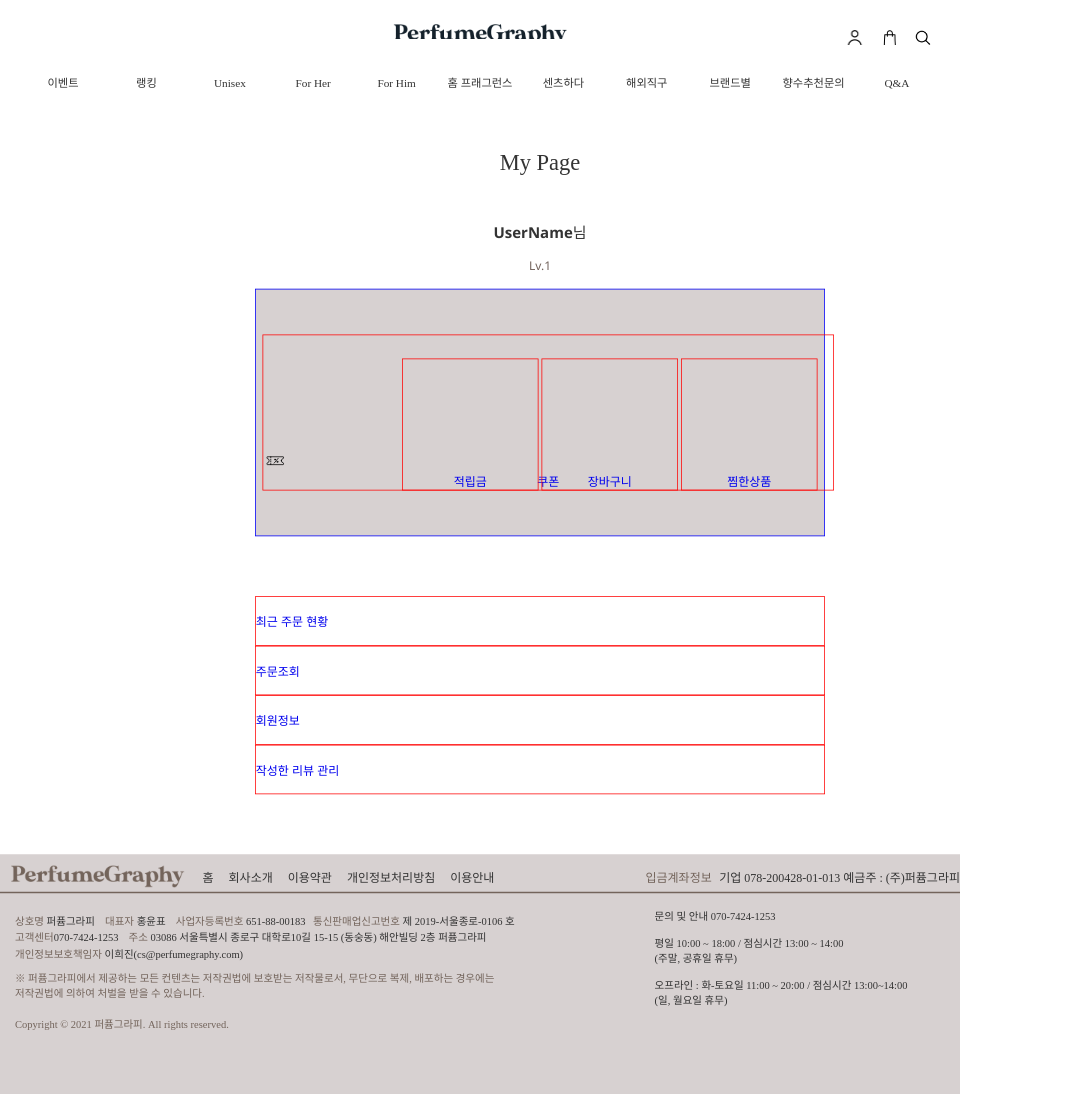
Repository: mingdue03/perfumegraphy
Page: myPage.html
An editor plug-in stored every save of this project. The page is shown before and after a run of saves, followed by the edit.
The browser window is 1280 px wide. The page is 1440 px wide, so the pictures cover 1440 px, including what lies to the right of the window. The pictures show the whole page, at 75% of full size.

Above is the page before, as saved 2021-08-27 14:46:52.

### myPage.html
<!DOCTYPE html>
<html lang="ko">
<head>
    <meta charset="UTF-8">
    <meta http-equiv="X-UA-Compatible" content="IE=edge">
    <meta name="viewport" content="width=device-width, initial-scale=1.0">
    <title>PerfumeGraphy</title>
    <link rel="stylesheet" href="css/basic.css">
    <link rel="stylesheet" href="css/mypage.css">
    <link href="https://fonts.googleapis.com/css2?family=Noto+Serif+KR&display=swap" rel="stylesheet">
    <script src="js/jquery-1.12.4.min.js"></script>
    <script src="js/jquery.slides.min.js"></script>
    <script src="js/jquery.stellar.js"></script>
    <script src="js/main_1.js"></script>
</head>
<body>
<div id="body_wrap">
    <header>
    <div id="header_wrap">
        <div class="header_top">
            <div class="logo">
                <h1><a href="index.html">PerfumeGraphy</a></h1>
            </div>
            <ul class="top_menu">
                <li class="user"><a href="login.html">마이페이지</a></li>
                <li class="cart"><a href="mypage.html">장바구니</a></li>
                <li class="search"><a href="#">검색</a></li>
                <li class="ham_btn"><a href="#">button</a></li>
            </ul>
        </div>
        <div class="search_pop">
            <div class="search_bg">
                <span></span>
                <ul>
                    <li><a href="#">#금주의 향수</a></li>
                    <li><a href="#">#럭셔리집들이선물</a></li>
                    <li><a href="#">#비누향수</a></li>
                </ul>
            </div>
        </div>
        <div class="header_b" >
            <ul class="gnb">
                <li>
                    <a href="#">이벤트</a>
                </li>
                <li class="hasSub">
                    <a href="lank.html">랭킹</a>
                    <ul class="sub_menu">
                        <li><a href="lank.html">전체 랭킹 </a></li>
                        <li><a href="lank.html">Unisex 랭킹</a></li>
                        <li><a href="lank.html">For her 랭킹</a></li>
                        <li><a href="lank.html">For him 랭킹</a></li>
                    </ul>
                </li>
                <li class="hasSub">
                    <a href="#">Unisex</a>
                    <ul class="sub_menu">
                        <li><a href="#">ALL</a></li>
                        <li><a href="#"> 시트러스 | 그린</a></li>
                        <li><a href="#">우디 | 베티버</a></li>
                        <li><a href="#">샌달우드 | 머스크</a></li>
                        <li><a href="#">스파이시 | 통카빈</a></li>
                    </ul>
                </li>
                <li class="hasSub">
                    <a href="#">For Her</a>
                    <ul class="sub_menu">
                        <li><a href="#">ALL</a></li>
                        <li><a href="#">시트러스 | 그린</a></li>
                        <li><a href="#">플로럴 | 화이트플로럴</a></li>
                        <li><a href="#">머스크 | 앰버</a></li>
                        <li><a href="#">스위트 | 바닐라</a></li>
                    </ul>
                </li>
                <li class="hasSub">
                    <a href="#">For Him</a>
                    <ul class="sub_menu">
                        <li><a href="#">ALL</a></li>
                        <li><a href="#">시트러스 | 그린</a></li>
                        <li><a href="#">우디 | 베티버</a></li>
                        <li><a href="#">웜스파이시 | 통카빈</a></li>
                        <li><a href="#">머스크 | 앰버</a></li>
                        <li><a href="#">라벤더 | 워터리</a></li>
                    </ul>
                </li>
                <li class="hasSub">
                    <a href="#">홈 프래그런스</a>
                    <ul class="sub_menu">
                        <li><a href="#">디퓨저 & 캔들</a></li>
                        <li><a href="#">바디 & 솝</a></li>
                    </ul>
                </li>
                <li><a href="#">센츠하다</a></li>
                <li>
                    <a href="#">해외직구</a>
                </li>
                <li><a href="#">브랜드별</a></li>
                <li><a href="#">향수추천문의</a></li>
                <li><a href="#">Q&A</a></li>
            </ul>
        </div>
        <div class="gnb_dim"></div>
    </div>
    </header>
    <!------------------------login-------------------------------->
    <main id="mypage">
        <div class="mypage_wrap">
            <h2>My Page</h2>
            <section class="name">
                <div>
                    <p><span>UserName</span>님</p>
                    <p class="level">Lv.1</p>
                </div>
            </section>
            <section class="coupon">
                <div class="coupon_wrap">
                    <ul>
                        <li><a href="#" class="coupon">쿠폰</a></li>
                        <li><a href="#" class="coin">적립금</a></li>
                        <li><a href="#" class="cart">장바구니</a></li>
                        <li><a href="#" class="heart">찜한상품</a></li>
                    </ul>
                </div>
            </section>
            <section class="order">
                <div class="oder_wrap">
                    <ul>
                        <li class="recent"><a href="#">최근 주문 현황</a></li>
                        <li><a href="#">주문조회</a></li>
                        <li><a href="#">회원정보</a></li>
                        <li><a href="#">작성한 리뷰 관리</a></li>
                    </ul>

                </div>
            </section>

        </div>
    </main>
    <footer>
        <div id="footer_in">
            <div class="footer_top">
                <h2>PerfumeGraphy</h2>
                <ul class="m_hidden">
                    <li><a href="javasctipt:;">홈</a></li>
                    <li><a href="javasctipt">회사소개</a></li>
                    <li><a href="javasctipt">이용약관</a></li>
                    <li><a href="javasctipt">개인정보처리방침</a></li>
                    <li><a href="javasctipt">이용안내</a></li>
                </ul>
                <p><span>입금계좌정보</span> 기업 078-200428-01-013 예금주 : (주)퍼퓸그라피</p>
            </div>
        </div>
        <div class="footer_bottom">
            <section class="left">
                <ul class="pc_hidden">
                    <li><a href="javasctipt:;">홈</a></li>
                    <li><a href="javasctipt">회사소개</a></li>
                    <li><a href="javasctipt">이용약관</a></li>
                    <li><a href="javasctipt">개인정보처리방침</a></li>
                    <li><a href="javasctipt">이용안내</a></li>
                </ul>
                <p class="margin">
                    <p><span>상호명</span>  퍼퓸그라피</p> <p><span>대표자</span> 홍윤표</p>	 <p><span>사업자등록번호</span> 651-88-00183</p><p> <span >통신판매업신고번호</span>  제 2019-서울종로-0106 호<br></p>
                </p>
                <p class="pc_hidden">
                    <span>고객센터</span>070-7424-1253
                </p>
                <p>
                    <span> 주소</span> 03086 서울특별시 종로구 대학로10길 15-15 (동숭동) 해안빌딩 2층 퍼퓸그라피
                </p>
                <p ><span>개인정보보호책임자</span> 	 이희진(cs@perfumegraphy.com) </p>
                <p class="margin"><span class="m_hidden"> ※ 퍼퓸그라피에서 제공하는 모든 컨텐츠는 저작권법에 보호받는 저작물로서, 무단으로 복제, 배포하는 경우에는<br><span></span> 저작권법에 의하여
                처벌을 받을 수 있습니다.</span></p>
                <p class="margin"><span class="m_hidden"> Copyright © 2021 퍼퓸그라피. All rights reserved.</span></p>
            </section>
            <section class="right m_hidden">
                <p>문의 및 안내   070-7424-1253<br>
                    <br>
                    평일 10:00 ~ 18:00 / 점심시간 13:00 ~ 14:00<br>
                    (주말, 공휴일 휴무)<br>
                    <br>
                    오프라인 : 화-토요일 11:00 ~ 20:00 / 점심시간 13:00~14:00<br>
                     (일, 월요일 휴무)</p>
            </section>
        </div>
    </footer>
</div>
</body>
</html>

### css/mypage.css
@charset "UTF-8";

main#mypage{font-family:'NanumGothic','Segoe UI', Roboto, Oxygen, sans-serif ;background: #fff; color:#333; font-size:16px; }

#mypage{}
.mypage_wrap{
  width:1440px;
  margin:60px auto;
  text-align:center;
}
.mypage_wrap h2{
  font-size:30px;
  margin:60px 0;
  font-weight: normal;
  font-family: 'Noto Serif KR', serif;
}
.name {
  margin:20px 0;
}
.name p{
  font-size: 20px;
  margin:20px 0;
}
.name p span{
  font-weight: bold;
}
.name p.level{
  font-size:16px;
  color:#73645D;
}

.coupon{
  width:760px;
  margin:auto;
}
.coupon_wrap{
  width:100%;
  height:auto;
  background:#D7D1D1;
}
.coupon_wrap ul{
  border:1px solid blue;
  padding:60px 0;
}
.coupon_wrap li{
  display: inline-block;
  width:24%;
}
.coupon_wrap a{
  position:relative;
  display: block;
  border:1px solid red;
  padding-top:150px;
}
.coupon_wrap a.coupon:before{
  display:block;
  content:'';
  width:32px; height:32px;
  background:url('../img/icon/coupon_icon.svg') no-repeat;
}

.coupon_wrap a.coin:before{}

.coupon_wrap a.cart:before{}

.coupon_wrap a.heart:before{}

.order{}
.oder_wrap{
  width:760px;
  margin:80px auto;

}

.oder_wrap ul{}
.oder_wrap li{
  display:block;
  border-bottom:1px solid #999;
  text-align: left;
  border:1px solid red;
  padding: 20px 0;
}
.recent{

}
.oder_wrap a{}














@media (max-width:1440px){
  .login_wrap{
    width:100%;
  }
}

@media (max-width:450px){
  .login_wrap{
    max-width:450px;
  }
}

Loaded but not shown: js/jquery-1.12.4.min.js (library); js/jquery.slides.min.js (library); js/jquery.stellar.js (library); js/main_1.js (215 lines, source omitted); css/basic.css (877 lines, source omitted)

After the next 2 saves:
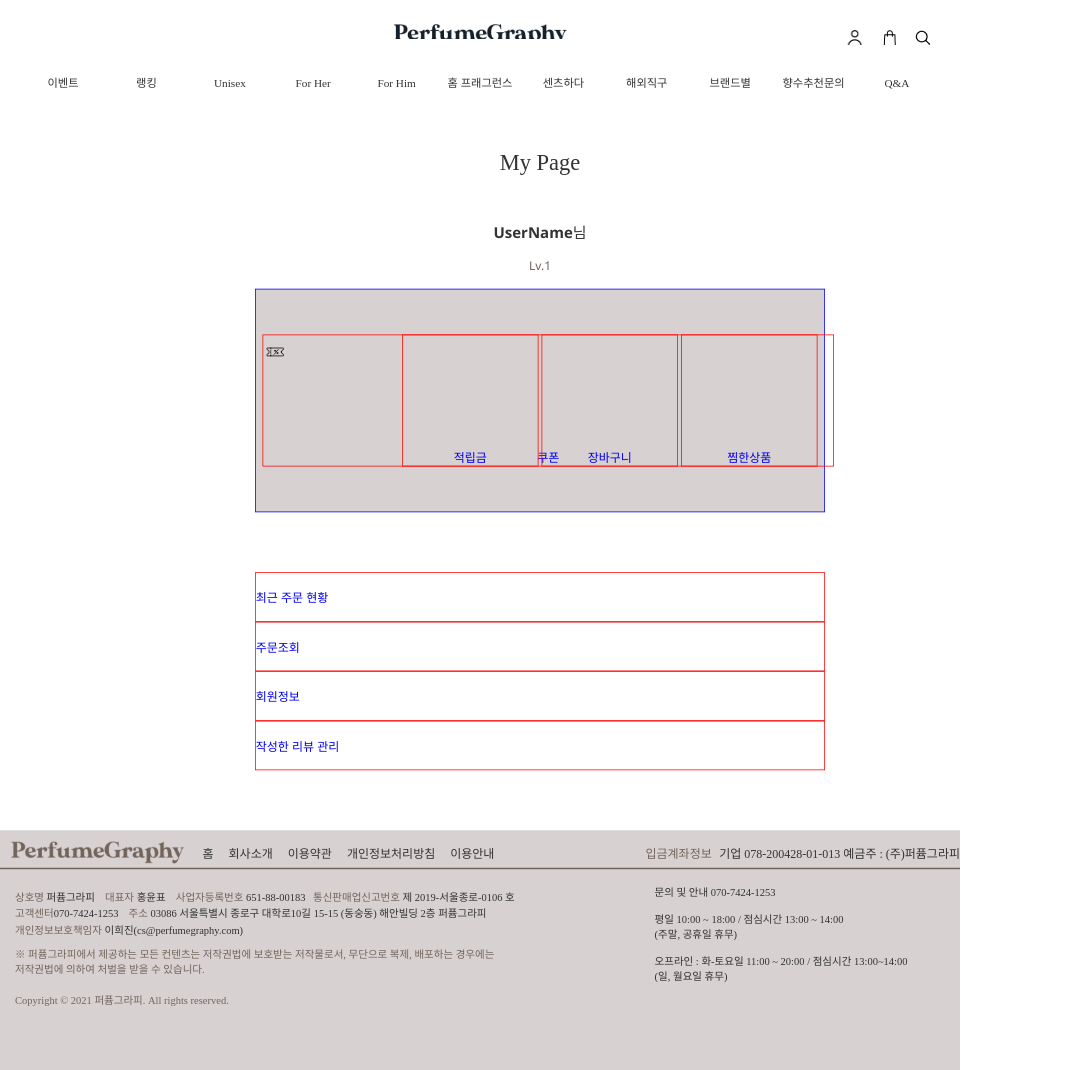
The 2 saves are shown as one change because they came seconds apart.
The last was saved 16 s later.
--- a/css/mypage.css
+++ b/css/mypage.css
@@ -56,7 +56,10 @@
   display:block;
   content:'';
   width:32px; height:32px;
-  background:url('../img/icon/coupon_icon.svg') no-repeat;
+
+  position:absolute;
+  top:5px;
+  background:url('../img/icon/coupon_icon.svg') no-repeat 100% 100%;
 }
 
 .coupon_wrap a.coin:before{}
